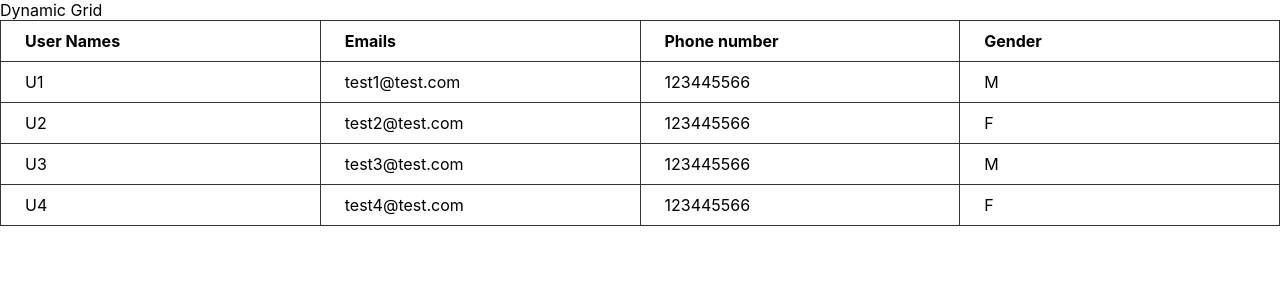
Repository: mayank-tavisca/dynamic-grids
Page: /
The author's editor kept a copy of each file at every save. The page is drawn from the files as they stood at one save, then again after a run of saves.
The browser window is 1280 px wide. The pictures show the whole page.
The project was rebuilt for these pictures with package versions that can differ from the ones it lists, and the page was loaded fresh each time. Also part of the build but not shown: src/App.scss.

Above is the page before, as saved 2020-02-04 11:02:08.

After the next 2 saves:
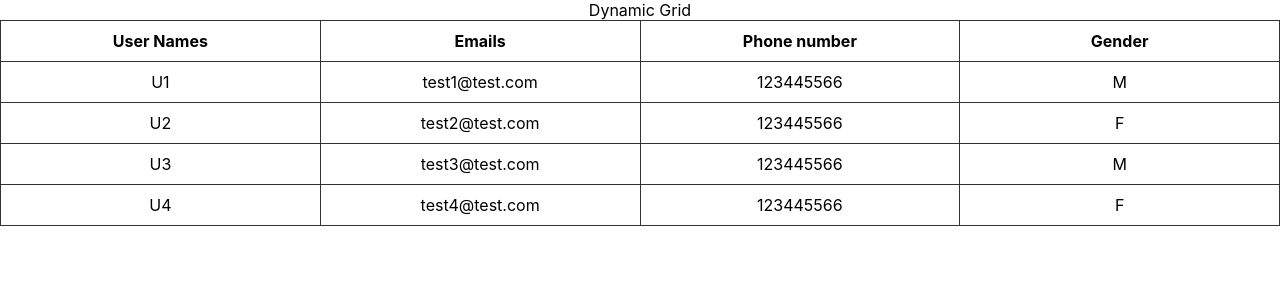
The 2 saves are shown as one change because they came seconds apart.
The last was saved 9 s later.
--- a/src/App.tsx
+++ b/src/App.tsx
@@ -2,7 +2,6 @@ import React from "react";
 import logo from "./logo.svg";
 import "./App.css";
 import DynamicGrid from "./dynamic-grid/dynamicGrid";
-import Style from "./App.scss";
 
 const Data = {
   tableHeaders: [
@@ -21,7 +20,7 @@ const Data = {
 
 const App = () => {
   return (
-    <div className="App" className={Style.container}>
+    <div className="App">
       <DynamicGrid data={Data} />
     </div>
   );
